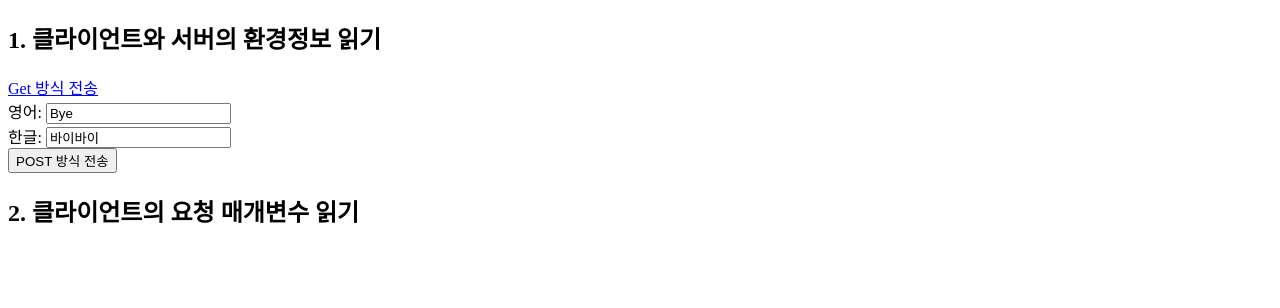
Repository: bhj305/JSP_Servlet
Page: http://localhost/MustHaveJSP/02ImplicitObject/RequestMain.jsp
The author's editor kept a copy of each file at every save. The page is drawn from the files as they stood at one save, then again after the next save.
The browser window is 1280 px wide. The pictures show the whole page.
The page is served by Tomcat 10. Other server files are loaded and not shown.

Above is the page before, as saved 2025-05-02 05:48:30.

### MustHaveJSP/src/main/webapp/02ImplicitObject/RequestMain.jsp
<%@ page language="java" contentType="text/html; charset=UTF-8"
    pageEncoding="UTF-8"%>
<!DOCTYPE html>
<html>
	<head>
	<meta charset="UTF-8">
	<title>내장 객체 - request</title>
	</head>
	<body>
		<h2>1. 클라이언트와 서버의 환경정보 읽기</h2>
		<a href='./RequestWebInfo.jsp?eng=Hello&han=안녕'>
		Get 방식 전송
		</a>
		<br/>
		<form action="./RequestWebInfo.jsp" method="post" accept-charset="UTF-8">
			영어: <input type="text" name="eng" value="Bye" /><br/>
			한글: <input type="text" name="han" value="바이바이" /><br/>
			<input type="submit" value ="POST 방식 전송"/>
		</form>

		<h2>2. 클라이언트의 요청 매개변수 읽기</h2>
	</body>
</html>

After the next save:
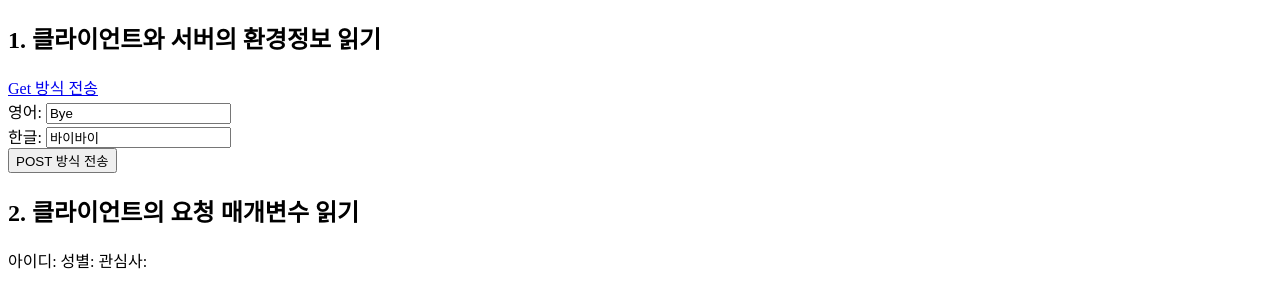
Saved 60 s later.
--- a/MustHaveJSP/src/main/webapp/02ImplicitObject/RequestMain.jsp
+++ b/MustHaveJSP/src/main/webapp/02ImplicitObject/RequestMain.jsp
@@ -19,5 +19,10 @@
 		</form>
 
 		<h2>2. 클라이언트의 요청 매개변수 읽기</h2>
+		<form method="post" action="RequestParameter.jsp">
+			아이디:
+			성별:
+			관심사:
+		</form>
 	</body>
 </html>
